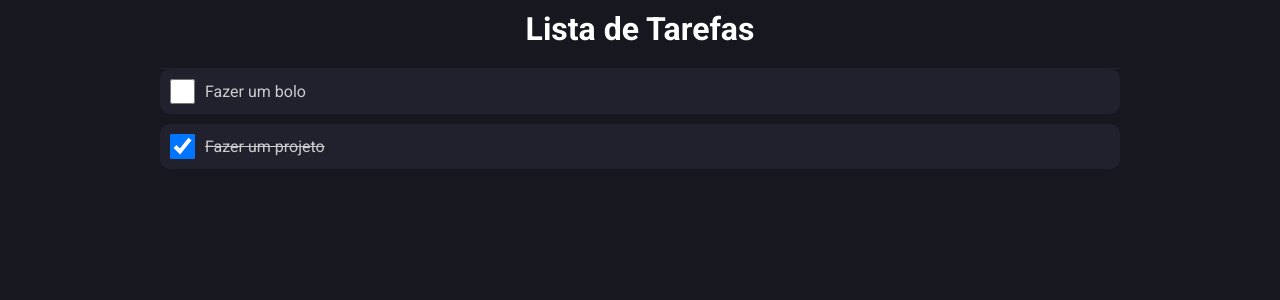
Repository: guilhermecardoso93/todolist-app
Page: /
These files come from the project's save history. The page is drawn as it stood at one moment and after the next save; the edit follows.
The browser window is 1280 px wide. The pictures show the whole page.
The project was rebuilt for these pictures with package versions that can differ from the ones it lists, and the page was loaded fresh each time. Also part of the build but not shown: vite.config.ts.

Above is the page before, as saved 2022-11-12 22:36:37.

### index.html
<!DOCTYPE html>
<html lang="en">
  <head>
    <meta charset="UTF-8" />
    <meta name="viewport" content="width=device-width, initial-scale=1.0" />
    <link rel="preconnect" href="https://fonts.googleapis.com">
    <link rel="preconnect" href="https://fonts.gstatic.com" crossorigin>
    <link
      href="https://fonts.googleapis.com/css2?family=Roboto:wght@400;500;700&display=swap"
      rel="stylesheet">
    <title>ToDo List</title>
  </head>
  <body>
    <div id="root"></div>
    <script type="module" src="/src/main.tsx"></script>
  </body>
</html>

### src/main.tsx
import React from 'react'
import ReactDOM from 'react-dom/client'
import {App} from './App'

import '../global.css'


ReactDOM.createRoot(document.getElementById('root') as HTMLElement).render(
  <React.StrictMode>
    <App />
  </React.StrictMode>
)

### src/App.tsx
import { useState } from "react";
import { Area, Container, Header } from "./App.styles";
import { AddTask } from "./components/AddTask";
import { ListTask } from "./components/ListTask";
import { Item } from "./types/Item";

export function App() {
  const [list, setList] = useState<Item[]>([
    {
      id: 1,
      task: "Fazer um bolo",
      isDone: false,
    },
    {
      id: 2,
      task: "Fazer um projeto",
      isDone: true,
    },
  ]);

  return (
    <Container>
      <Area>
        <Header>Lista de Tarefas</Header>
        <AddTask/>

       {list.map((task) => (
        <ListTask  task={task} key={task.id}/>
       ))}
      </Area>
    </Container>
  );
}

### global.css
* {
  box-sizing: border-box;
  margin: 0;
  padding: 0;

  font-family: 'Roboto', sans-serif;
}

### src/App.styles.ts
import styled from "styled-components";

export const Container = styled.div`
  background-color: #17181f;
  color: #797a81;
  min-height: 100vh;
`;

export const Area = styled.div`
  margin: auto;
  max-width: 980px;
  padding: 10px;
`;

export const Header = styled.h1`
  margin: 0;
  padding: 0;
  text-align: center;
  color: #fff;
  border-bottom: 1px solid #4444;
  padding-bottom: 20px;
`;

### src/components/AddTask/index.tsx
import { Container } from "./AddTask.styles";

export function AddTask() {
return (
  <Container>

  </Container>
)
}

### src/components/ListTask/index.tsx
import { useState } from "react";
import { Container } from "./ListTask.styles";
import { Item } from "../../types/Item";

type Props = {
  task: Item
  onChange: (id: number, done: boolean) => void
}

export function ListTask({ task, onChange }: Props) {
  const [ isChecked, setIsChecked] = useState(task.isDone)

  return (
    <Container isDone={isChecked}>
     <input
      type='checkbox'
      checked={isChecked}
      onChange={e => onChange(task.id, e.target.checked)}
      />
     <label>{task.task}</label>
    </Container>
  )
}

### src/components/ListTask/ListTask.styles.ts
import styled from "styled-components";

type ContainerProps = {
  isDone: boolean;
};

export const Container = styled.div(
  ({ isDone }: ContainerProps) =>
    `display: flex;
  background-color: #20212c;
  padding: 10px;
  margin-bottom: 10px;
  border-radius: 10px;
  align-items: center;

  input {
    width: 25px;
    height: 25px;
    margin-right: 10px;
  }

  label {
    color: #ccc;
    text-decoration: ${isDone ? "line-through" : "initial"}
  }`
);

Loaded but not shown: src/components/AddTask/AddTask.styles.ts (common file)

After the next save:
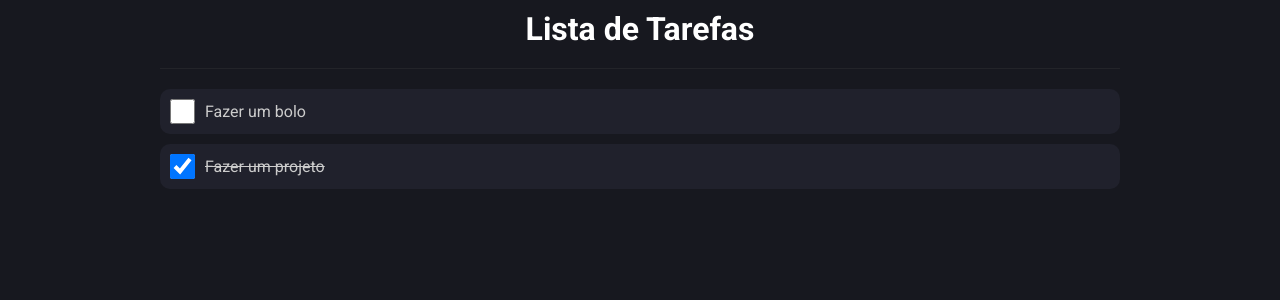
Saved 39 s later.
--- a/src/App.styles.ts
+++ b/src/App.styles.ts
@@ -19,4 +19,5 @@ export const Header = styled.h1`
   color: #fff;
   border-bottom: 1px solid #4444;
   padding-bottom: 20px;
+  margin-bottom: 20px;
 `;
